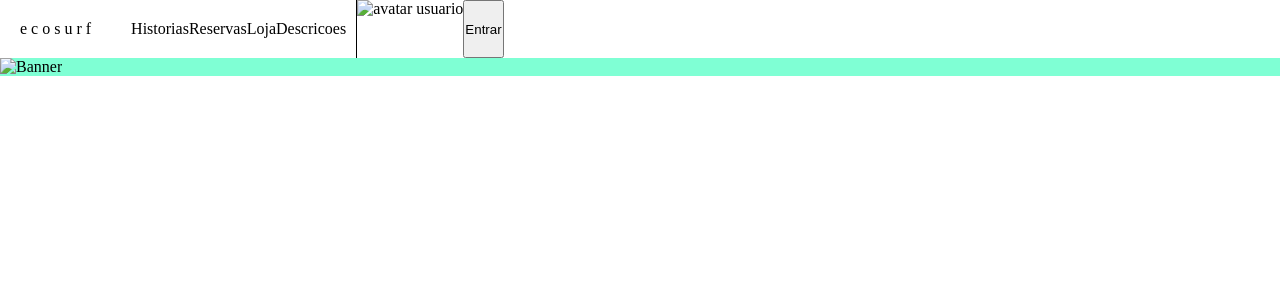
Repository: jorgprado/html-css-js
Page: blog-ecosurf/index.html
An editor plug-in stored every save of this project. The page is shown before and after a run of saves, followed by the edit.
The browser window is 1280 px wide. The pictures show the whole page.

Above is the page before, as saved 2023-05-15 21:28:11.

### blog-ecosurf/index.html
<!DOCTYPE html>
<html lang="pt-br">
<head>
    <meta charset="UTF-8">
    <meta http-equiv="X-UA-Compatible" content="IE=edge">
    <meta name="viewport" content="width=device-width, initial-scale=1.0">
    <link rel="stylesheet" href="css/style.css">
    <title>Ecosurf</title>
</head>
<body>
    <main>
        <header>
            <p class="logo "><span>e</span>
                <span>c</span>
                <span>o</span>
                <span>s</span>
                <span>u</span>
                <span>r</span>
                <span>f</span>
            </p>
            <menu>
                <p>Historias</p>
                <p>Reservas</p>
                <p>Loja</p>
                <p>Descricoes</p>
            </menu>
            <img src="#" alt="avatar usuario">
            <button>Entrar</button>

        </header>
        <div class="banner">
            <img src="" alt="Banner">
        </div>


    </main>
</body>
</html>

### blog-ecosurf/css/style.css
@charset "UTF-8";

*{
    padding: 0;
    margin: 0;
}

header {
    display: flex;
}

.logo{
    padding: 20px 20px;

}

header menu{
    display: flex;
    padding: 20px 20px;
    border-right: 1px solid #000;
    padding-right: 10px;
}

header menu p{
    p
}

.banner{
    margin: auto;
    background-color: aquamarine;
}

After the next 2 saves:
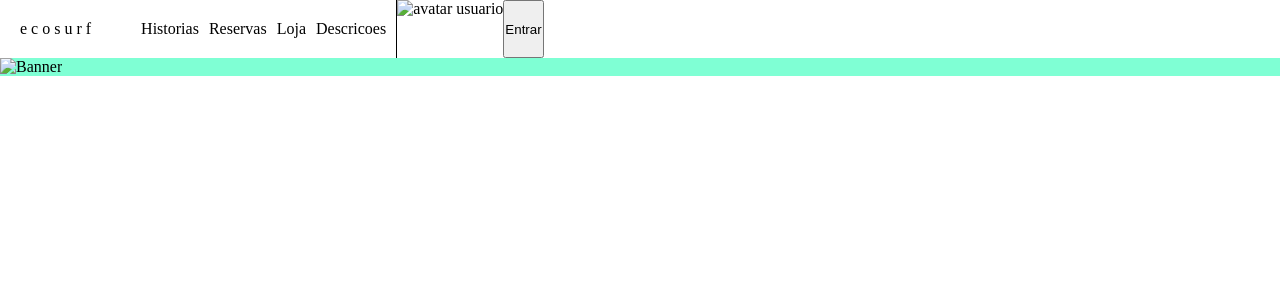
The 2 saves are shown as one change because they came seconds apart.
The last was saved 7 s later.
--- a/blog-ecosurf/css/style.css
+++ b/blog-ecosurf/css/style.css
@@ -22,7 +22,7 @@ header menu{
 }
 
 header menu p{
-    p
+    padding-left: 10px;
 }
 
 .banner{
